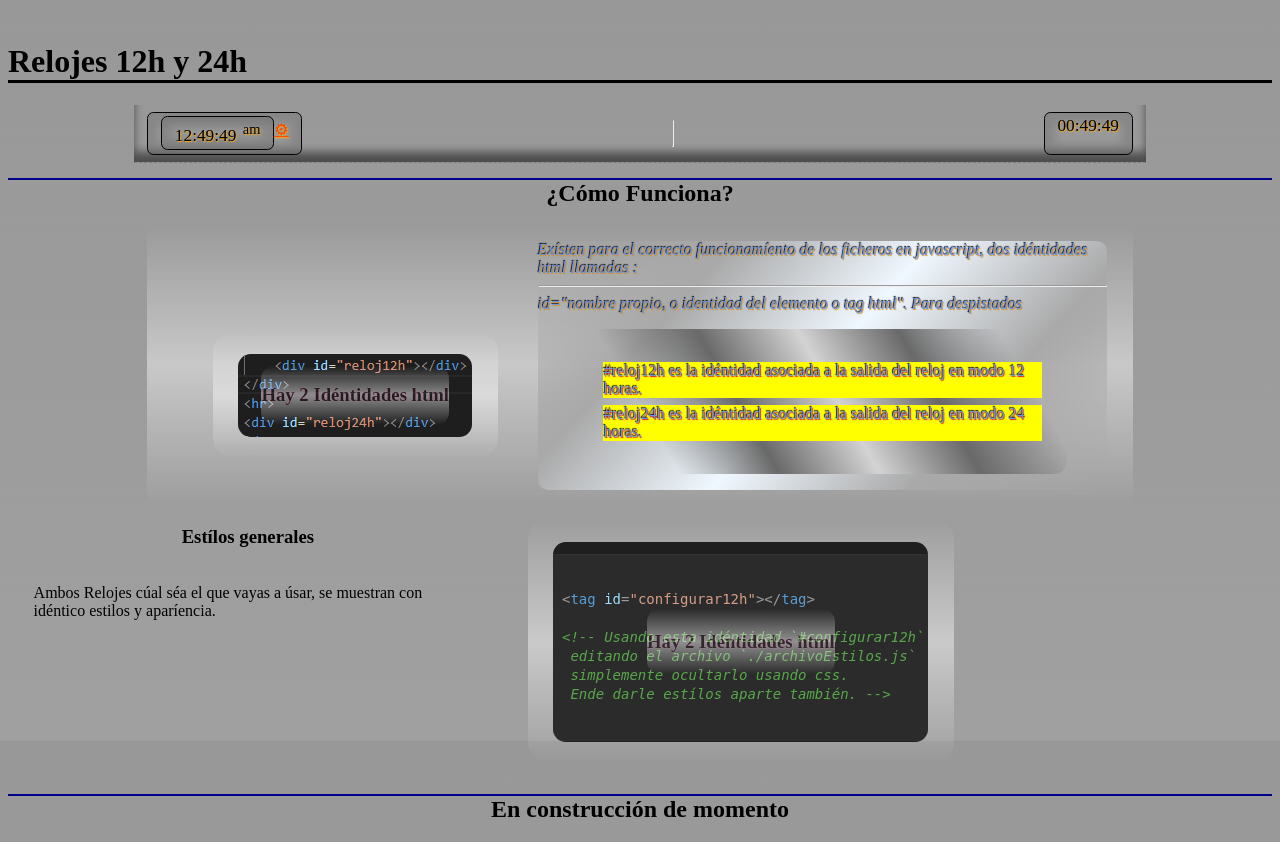
Repository: marcostonfor/clocks
Page: index.html
The author's editor kept a copy of each file at every save. The page is drawn from the files as they stood at one save, then again after a run of saves.
The browser window is 1280 px wide. The pictures show the whole page.

Above is the page before, as saved 2024-09-19 00:53:54.

After the next 2 saves:
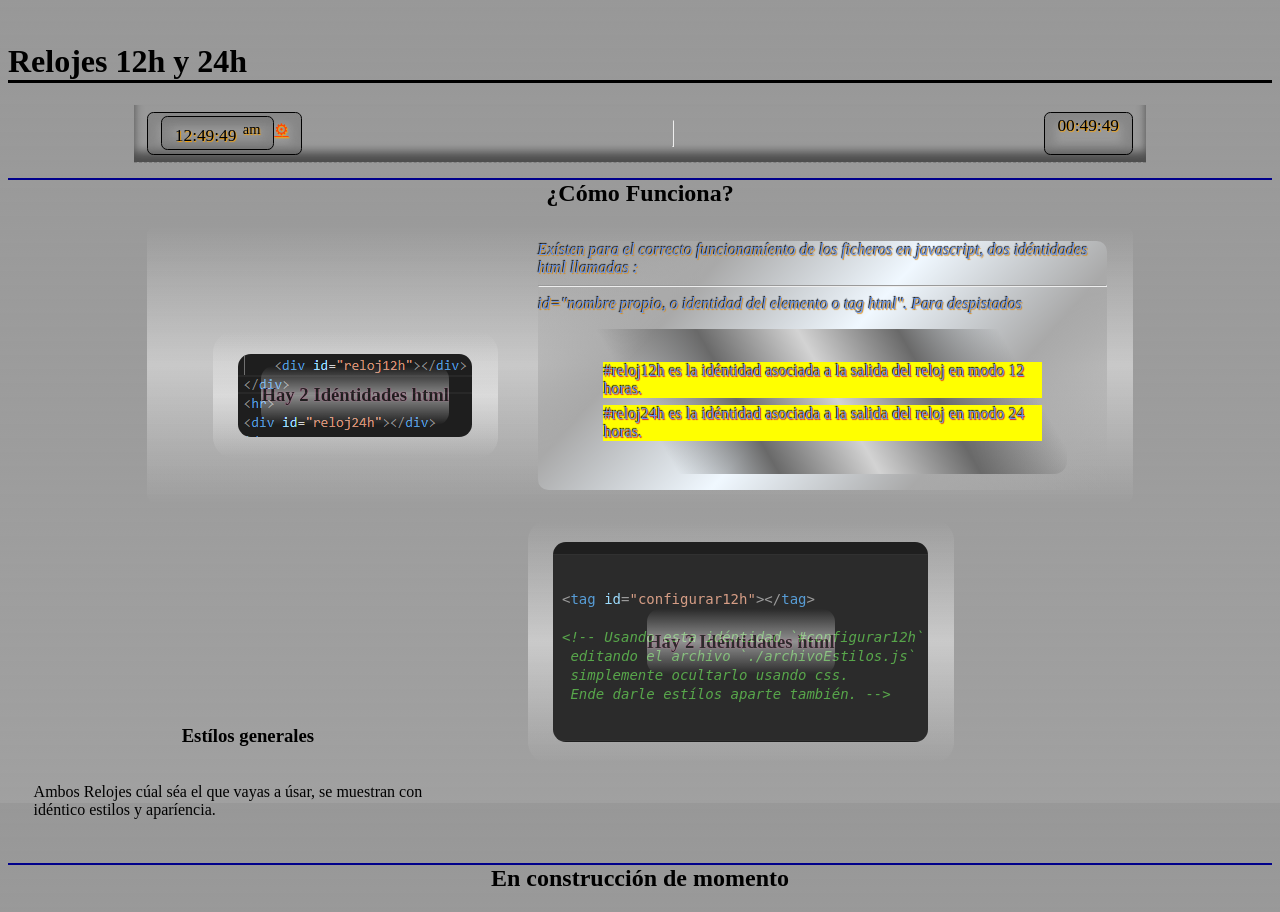
The 2 saves are shown as one change because they came seconds apart.
The last was saved 8 s later.
--- a/index.html
+++ b/index.html
@@ -112,7 +112,7 @@
             width: 78%;
             display: flex;
             justify-content: space-around;
-            a
+            align-items: baseline;
 
         }
 
